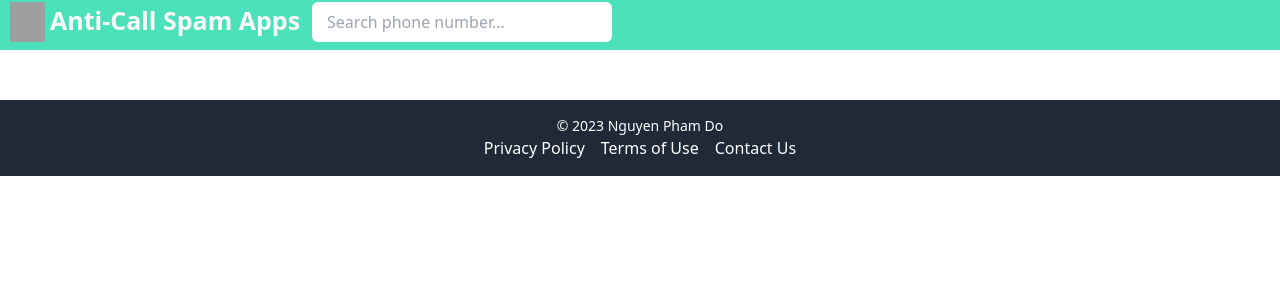
Repository: NPham1402/Web-user-callSpamBlocker
Page: /detail
These files come from the project's save history. The page is drawn as it stood at one moment and after the next save; the edit follows.
The browser window is 1280 px wide. The pictures show the whole page.
Pictures or frames that could not be fetched are drawn as grey boxes. The project was rebuilt for these pictures with package versions that can differ from the ones it lists, and the page was loaded fresh each time. The framework's server and built-in components were replaced by stand-ins that run in the browser. Also part of the build but not shown: next.config.js.

Above is the page before, as saved 2023-02-09 20:50:03.

### pages/detail.js
import Head from "next/head";
import { useRouter } from "next/router";
import React from "react";

function detail() {
  const router = useRouter();
  const {
    query: { id },
  } = router;
  return (
    <>
      {" "}
      <Head>
        <title>Check number spam</title>
        <meta name="description" content="Generated by create next app" />
        <meta name="viewport" content="width=device-width, initial-scale=1" />
        <link rel="icon" href="/favicon.ico" />
      </Head>
      <main className="relative">
        <div className="w-100 pl-[10px] pt-[2px] flex flex-row h-[50px] bg-[#4BE1BA]">
          <img
            src="https://static.callblocker.org/img/logo.png"
            className=" w-[35px] h-[40px]"
          />
          <p className="pl-[5px] pt-[6px] leading-none font-Raleway font-semibold text-[25px] text-[#FFF8F8] ">
            Anti-Call Spam Apps
          </p>
          <input
            className="w-[300px] h-[40px] ml-[12px] rounded-[6px] p-[15px]"
            placeholder="Search phone number..."
          />
        </div>
      </main>
      <footer class="bg-gray-800 mt-[50px] text-white py-4">
        <div class="container mx-auto">
          <p class="text-center text-sm">&copy; 2023 Nguyen Pham Do</p>
          <div class="flex justify-center">
            <a href="#" class="text-white mx-2">
              Privacy Policy
            </a>
            <a href="#" class="text-white mx-2">
              Terms of Use
            </a>
            <a href="#" class="text-white mx-2">
              Contact Us
            </a>
          </div>
        </div>
      </footer>
    </>
  );
}

export default detail;

### styles/globals.css
@tailwind base;
@tailwind components;
@tailwind utilities;
@import url('https://fonts.googleapis.com/css2?family=Raleway:ital&display=swap');

Loaded but not shown: pages/_app.js (common file); pages/_document.js (common file); tailwind.config.js (common file)

After the next save:
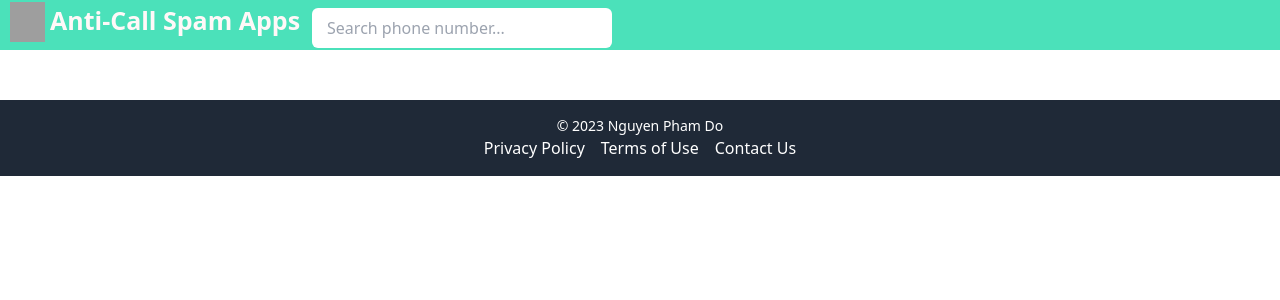
Saved 21 s later.
--- a/pages/detail.js
+++ b/pages/detail.js
@@ -26,7 +26,7 @@ function detail() {
             Anti-Call Spam Apps
           </p>
           <input
-            className="w-[300px] h-[40px] ml-[12px] rounded-[6px] p-[15px]"
+            className="w-[300px] h-[40px] ml-[12px] mt-[6px] rounded-[6px] p-[15px]"
             placeholder="Search phone number..."
           />
         </div>
